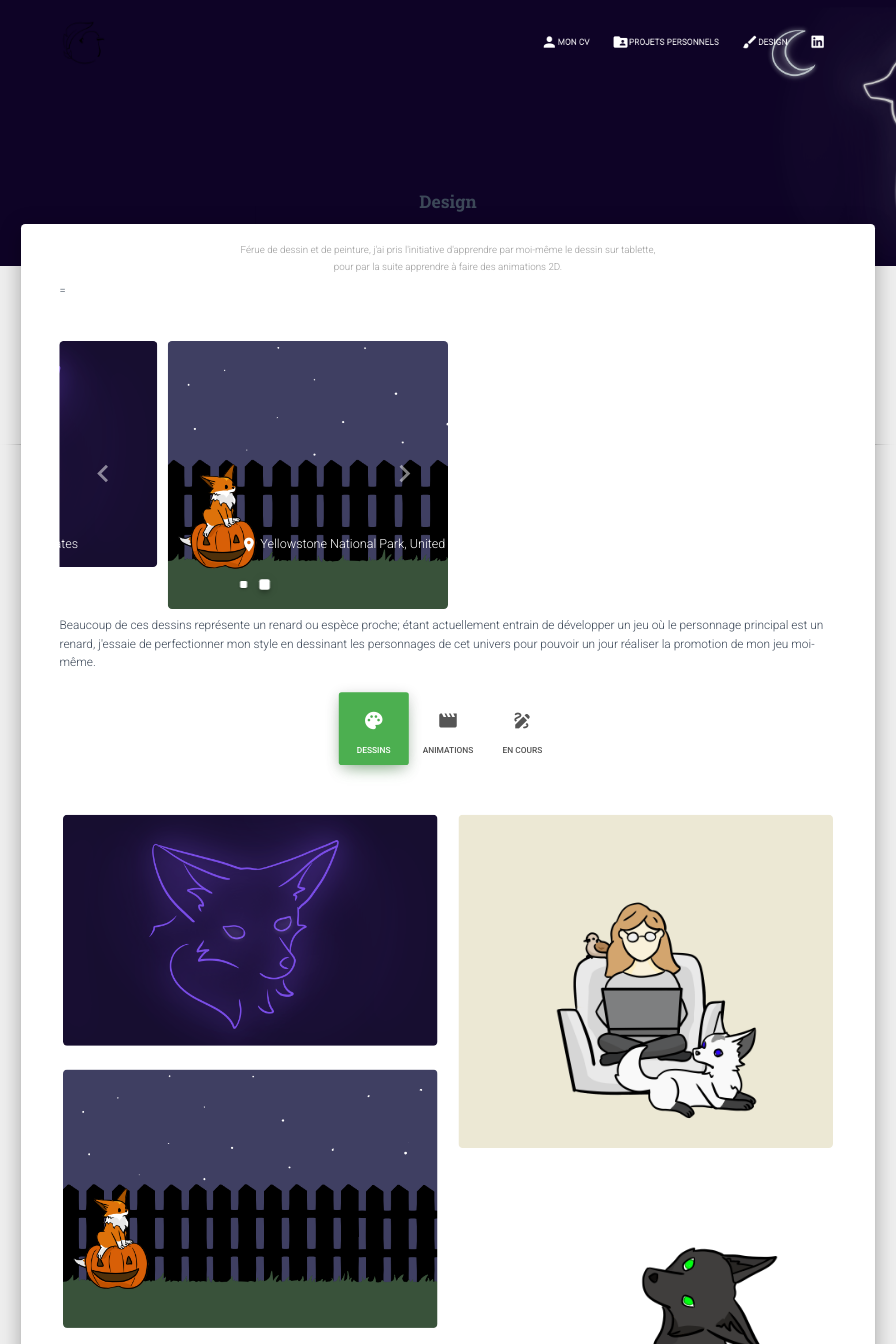
Repository: sdeschaepmeester/NewPortfolio
Page: /#/design
An editor plug-in stored every save of this project. The page is shown before and after the next save, followed by the edit.
The browser window is 1280 px wide. The pictures show the part of the page from y = 0 to 1920 px (the page is 3140 px tall before and 3332 px after), at 70% of full size.
Some web libraries are served in a nearby version. The project was rebuilt for these pictures with package versions that can differ from the ones it lists, and the page was loaded fresh each time. Also part of the build but not shown: vue.config.js, src/views/components/APropos.vue, src/views/components/NavigationSection.vue, src/views/components/SmallNavigationSection.vue, src/components/Dropdown.vue, src/components/Pagination.vue, src/components/Slider.vue, src/components/Badge.vue and 13 more.

Above is the page before, as saved 2022-07-08 15:45:48.

After the next save:
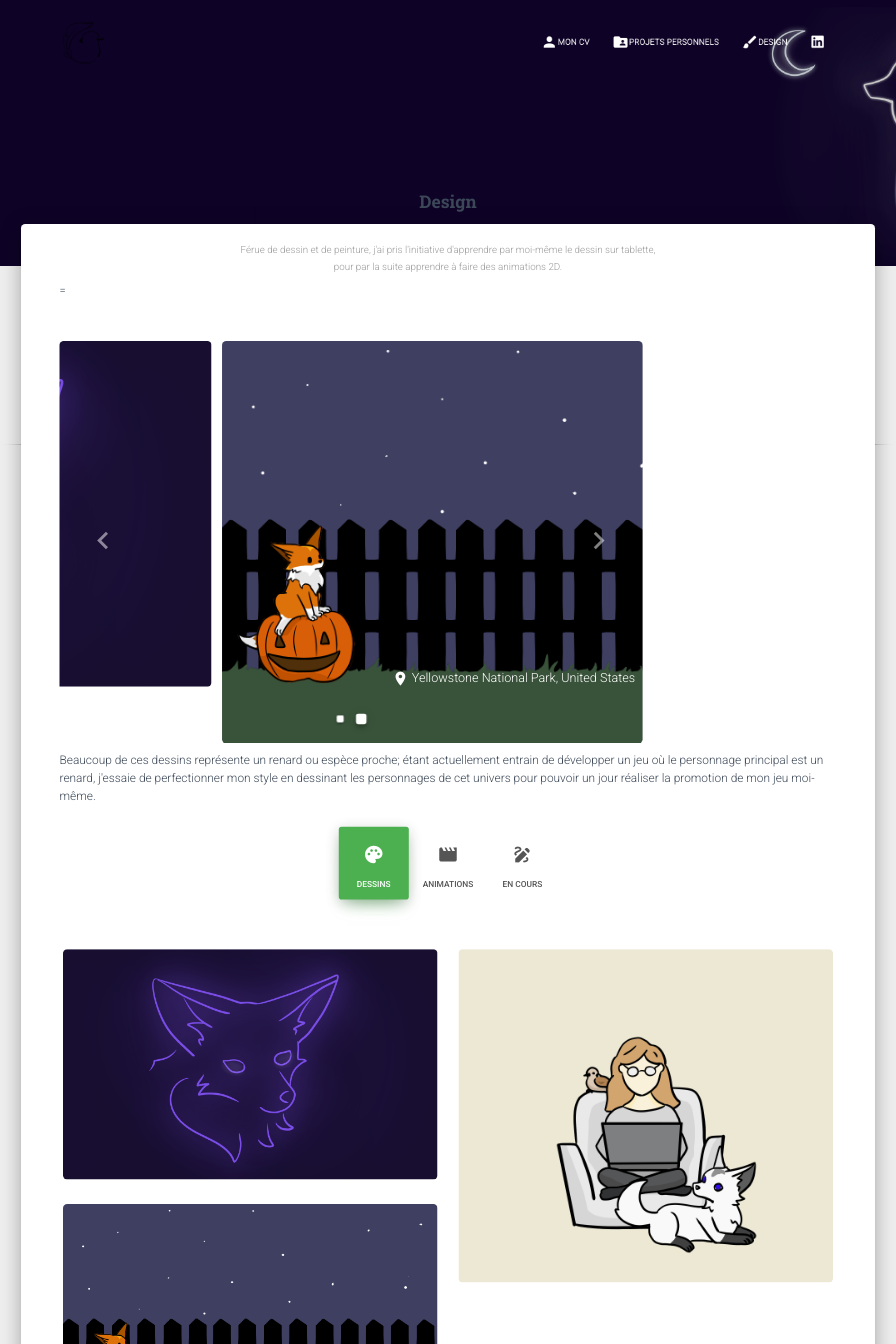
Saved 17 s later.
--- a/src/views/Design.vue
+++ b/src/views/Design.vue
@@ -25,7 +25,7 @@
           </div>=
           <div class="profile-tabs">
 
-            <div style="width: 50%">
+            <div style="width: 75%; alignSelf: center">
             <carousel
               :per-page="1"
               loop
